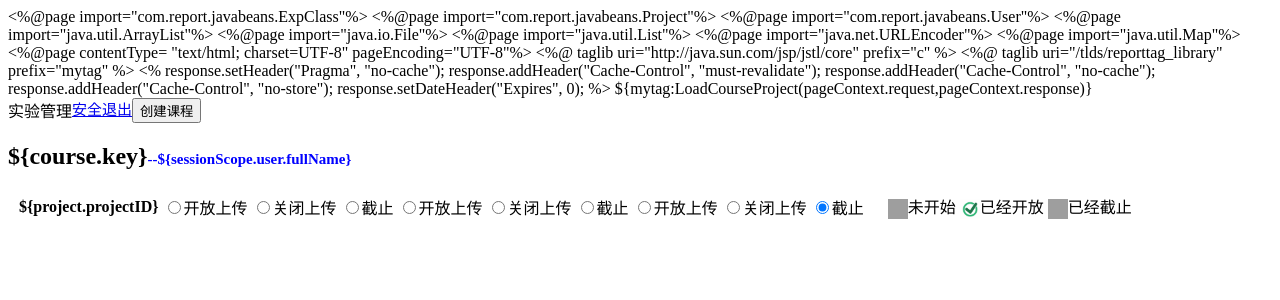
Repository: IAmJiangWenHao/ReportServer
Page: web/demo.html
An editor plug-in stored every save of this project. The page is shown before and after the next save, followed by the edit.
The browser window is 1280 px wide. The pictures show the whole page.
Pictures or frames that could not be fetched are drawn as grey boxes.

Above is the page before, as saved 2023-05-18 16:15:08.

### web/demo.html
<%@page import="com.report.javabeans.ExpClass"%>
<%@page import="com.report.javabeans.Project"%>
<%@page import="com.report.javabeans.User"%>
<%@page import="java.util.ArrayList"%>
<%@page import="java.io.File"%>
<%@page import="java.util.List"%>
<%@page import="java.net.URLEncoder"%>
<%@page import="java.util.Map"%>
<%@page contentType= "text/html; charset=UTF-8" pageEncoding="UTF-8"%>

<%@ taglib uri="http://java.sun.com/jsp/jstl/core" prefix="c" %>
<%@ taglib uri="/tlds/reporttag_library" prefix="mytag" %>
<!--script type="text/javascript" src="${pageContext.request.contextPath}/script/scriptV1.js?v=1.0"></script-->
<!DOCTYPE html>
<html>
  <%
    response.setHeader("Pragma", "no-cache");
    response.addHeader("Cache-Control", "must-revalidate");
    response.addHeader("Cache-Control", "no-cache");
    response.addHeader("Cache-Control", "no-store");
    response.setDateHeader("Expires", 0);
  %>
  <head>
    <meta http-equiv="Content-Type" content="text/html; charset=UTF-8">
    <title>实验上传系统 </title>
  </head>
  <body>
    ${mytag:LoadCourseProject(pageContext.request,pageContext.response)}
    <script>
      window.onload = function () {//Ajax实现更新项目状态
        var ratios = document.getElementsByTagName("input");//获取所有input（本页面的input只有单选按钮）
        var map = new Map();//记录单选按钮旧值
        for (var i = 0; i < ratios.length; i++) {
          map.set((i + 1).toString(), ratios[i].checked);
          //oninput事件在input的值发生改变时触发，这里监听单选按钮值得改变
          ratios[i].oninput = function () {
            var r = false;
            if (this.value === "deadline") {//是否选择截止
              //是否确认修改
              r = confirm("截止后不可再设置，确定截止？");
            }
            //取消截止
            if (this.value === "deadline" && r === false) {
              var list = document.getElementsByName(this.name);
              for (var j = 0; j < list.length; j++)
                list[j].checked = map.get(list[j].id);
              return;
            }
            ratioName = this.name;
            //确定截止，不允许再更改状态
            if (this.value === "deadline") {
              var list = document.getElementsByName(this.name);
              for (var j = 0; j < list.length; j++)
              {
                list[j].disabled = "disable";
                map.set(list[j].id, list[j].checked);
              }
            } else {
              var list = document.getElementsByName(this.name);
              for (var j = 0; j < list.length; j++)
                map.set(list[j].id, false);
              map.set(this.id, this.checked);
            }
            var formData = new FormData();//FormData 对象
            var course = ratioName.substr(0, ratioName.indexOf("-"));
            var project = ratioName.substr(ratioName.indexOf("-") + 1, ratioName.length - 1);
            //添加KV
            formData.append("project", project);//项目
            formData.append("course", course); //课程名
            formData.append("status", this.value);//状态
            var cell = document.getElementById(this.name);
            //显示实验项目状态提示信息
            cell.innerHTML = "&nbsp;&nbsp;&nbsp;&nbsp;&nbsp;";
            if (this.value === "open")
              cell.innerHTML += "<img style=\"vertical-align: middle;height:20px;width:20px\" src=\"./img/check.jpg\"/>已经开放";
            if (this.value === "close")
              cell.innerHTML += "<img style=\"vertical-align: middle;height:20px;width:20px\" src=\"./img/undone.png\"/>未开始";
            if (this.value === "deadline")
              cell.innerHTML += "<img style=\"vertical-align: middle;height:20px;width:20px\" src=\"./img/deadline.jpg\"/>已截止";
            //1.创建请求对象
            const xhr = new XMLHttpRequest();
            //2.设置请求行，这里用post(get请求数据写在url后面)
            //updateProject.do实现后端更新
            xhr.open("post", getAppPath() + "/updateProject.do");
            //3.设置请求头(get请求可以省略,post不发送数据也可以省略)
            //xhr.setRequestHeader("Content-type","application/x-www-form-urlencoded");
            // 用formData可以不写请求头，写了无法正常上传文件
            //4.请求主体发送(get请求为空，或者写null，post请求数据写在这里，
            //如果没有数据，直接为空或者写null)
            xhr.send(formData);
            //注册回调函数
            xhr.onload = function ()
            {
              if (xhr.readyState === 4)
              {
                if (xhr.status >= 200 && xhr.status <= 300)
                { //判断响应码 2XX 表示成功
                  console.log(xhr.response.toString());
                } else
                  console.log("响应码：" + xhr.status); //状态码
              } else
                console.log(xhr.readyState);
              ;
            };
          };
        }
        ;
      };
    </script>
    <script>
      function getAppPath() {
        //获取当前URL
        var curURL = window.document.location.href;
        //获取主机地址之后的路径部分（就是文件地址）
        var pathName = window.document.location.pathname;
        var pos = curURL.indexOf(pathName);
        //获取应用地址
        var host = curURL.substring(0, pos);
        //获取带"/"的应用名，如：/***
        var webAppName = pathName.substring(0, pathName.substr(1).indexOf('/') + 1);
        return host + webAppName;
      }
    </script>
    <script>
      var isIE = /msie/i.test(navigator.userAgent) && !window.opera;
      function fileChange(target, type) {
        var fileSize = 0;
        var filepath = target.value;
        var filemaxsize = 1024 * 5;//5M
        var flag = -1;
        if (filepath) {
          var fileend = filepath.substring(filepath.lastIndexOf("."));
          // alert(fileend);
          if (type && type.length > 0) {
            //alert(fileend.indexOf(type));
            if (fileend !== ".xlsx") {
              alert("只接受xlsx类型的文件！");
              target.value = "";
              return false;
            }
          }
        } else {
          return false;
        }
        if (isIE && !target.files) {
          var filePath = target.value;
          var fileSystem = new ActiveXObject("Scripting.FileSystemObject");
          if (!fileSystem.FileExists(filePath)) {
            alert("附件不存在，请重新输入！");
            return false;
          }
          var file = fileSystem.GetFile(filePath);
          fileSize = file.Size;
        } else {
          fileSize = target.files[0].size;
        }

        var size = fileSize / 1024;
        if (size > filemaxsize) {
          alert("附件大小不能大于" + filemaxsize / 1024 + "M！");
          target.value = "";
          return false;
        }
        if (size <= 0) {
          alert("附件大小不能为0M！");
          target.value = "";
          return false;
        }
      }
      function Check()
      {
        for (var i = 0; i < document.form1.elements.length - 1; i++)
        {
          if (document.form1.elements[i].value === "")
          {
            alert("不可空！");
            document.form1.elements[i].focus();
            return false;
          }
        }
        return true;
      }
      function cls() {
        var createCell = document.getElementById("createCourse");
        createCell.innerHTML = "";
      }

      function createCourse() {
        var createCell = document.getElementById("createCourse");
        createCell.innerHTML = "<form action=\"../uploadCourseServlet\" enctype=\"multipart/form-data\" method=\"post\" name=\"form1\" onSubmit=\"return Check()\"><table></tr><tr> <td>建课模板：</td><td><a href=\"实验课模板.xlsx\">下载</a></td></tr><tr><td>课程名：</td><td><input style=\" font-size:16px\" type=\"text\" name=\"courseName\" size=\"20\"/>(例：程序设计实验)</td></tr><tr><td>班级：</td><td><input style=\" font-size:16px\" type=\"text\" name=\"className\" size=\"20\"/>(例:信安201)</td></tr><tr> <td>文件：</td><td><input style=\" font-size:16px\" type=\"file\" name=\"file\" size=\"40\" id=\"fup\" onchange=\'fileChange(this,\".xlsx\");\'/></td><tr><td style=\"height:50px;\" align=\"right\" ><input style=\" font-size:16px\" type=\"submit\" value=\"提交\" size='30'/> </td><td align=\"left\"><input style=\" font-size:16px\" type=\"button\" value=\"关闭\" size='30' onclick=\"cls()\"/> </td></tr></table></form>";
      }
    </script>
    <div >
        <div style="display: flex;">
            <font color="black" > 实验管理</font>
            <font style="font-size:15px;color:red"><a href="../exit">安全退出</a></font>
            <input type="button" value="创建课程" onclick="createCourse()">

        </div>

      <div id="createCourse">

      </div>


    <c:forEach var="course" items="${sessionScope.courseData}" varStatus="statusCourse">
      <h2> ${course.key}<font style="font-size:15px;color:blue">--${sessionScope.user.fullName}</font></h2><p>
      <table>
        <c:forEach var="project" items="${course.value}" varStatus="statusProject">
          <tr style=" height: 30px;border: 1px">
            <td>&nbsp;&nbsp;<b>${project.projectID}</b></td>
            <td><!-- 3.一组单选按钮 radio（同name），只能选一个
                     request.getParameter("***")-->
              <c:if test="${project.state==0}">
                <input type="radio" id="${"course".concat(statusCourse.count).concat(statusProject.count).concat(1)}"  name="${course.key.concat("-").concat(project.projectID)}" value="open">开放上传
                <input type="radio" id="${"course".concat(statusCourse.count).concat(statusProject.count).concat(1)}"  name="${course.key.concat("-").concat(project.projectID)}" value="close" checked="true">关闭上传
                <input type="radio" id="${"course".concat(statusCourse.count).concat(statusProject.count).concat(1)}"  name="${course.key.concat("-").concat(project.projectID)}" value="deadline">截止
              </c:if>
              <c:if test="${project.state==1}">
                <input type="radio" id="${"course".concat(statusCourse.count).concat(statusProject.count).concat(1)}"  name="${course.key.concat("-").concat(project.projectID)}" value="open" checked="true">开放上传
                <input type="radio" id="${"course".concat(statusCourse.count).concat(statusProject.count).concat(1)}"  name="${course.key.concat("-").concat(project.projectID)}" value="close" >关闭上传
                <input type="radio" id="${"course".concat(statusCourse.count).concat(statusProject.count).concat(1)}"  name="${course.key.concat("-").concat(project.projectID)}" value="deadline">截止
              </c:if>
              <c:if test="${project.state==2}">
                <input type="radio" id="${"course".concat(statusCourse.count).concat(statusProject.count).concat(1)}"  name="${course.key.concat("-").concat(project.projectID)}" value="open">开放上传
                <input type="radio" id="${"course".concat(statusCourse.count).concat(statusProject.count).concat(1)}"  name="${course.key.concat("-").concat(project.projectID)}" value="close" >关闭上传
                <input type="radio" id="${"course".concat(statusCourse.count).concat(statusProject.count).concat(1)}"  name="${course.key.concat("-").concat(project.projectID)}" value="deadline" checked="true">截止
              </c:if>
            </td>
            <td id="${course.key.concat("-").concat(project.projectID)}">&nbsp;&nbsp;&nbsp;&nbsp;
              <c:if test="${project.state==0}" >
                <img style="vertical-align: middle;height:20px;width:20px" alt="" src="../img/undone.jpg"/>未开始
              </c:if>
              <c:if test="${project.state==1}" >
                <img style="vertical-align: middle;height:20px;width:20px" alt="" src="../img/check.jpg"/>已经开放
              </c:if>
              <c:if test="${project.state==2}" >
                <img style="vertical-align: middle;height:20px;width:20px" alt="" src="../img/deadline.png"/>已经截止
              </c:if>
            </td>
          </tr>
        </c:forEach>
      </table>
    </c:forEach>
  </div>
</body>
</html>

After the next save:
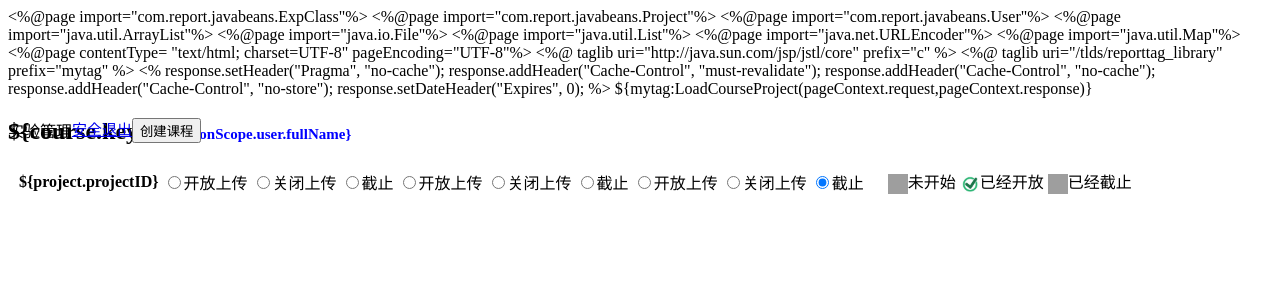
Saved 32 s later.
--- a/web/demo.html
+++ b/web/demo.html
@@ -191,7 +191,7 @@
       }
     </script>
     <div >
-        <div style="display: flex;">
+        <div style="display: flex; position: fixed;">
             <font color="black" > 实验管理</font>
             <font style="font-size:15px;color:red"><a href="../exit">安全退出</a></font>
             <input type="button" value="创建课程" onclick="createCourse()">
